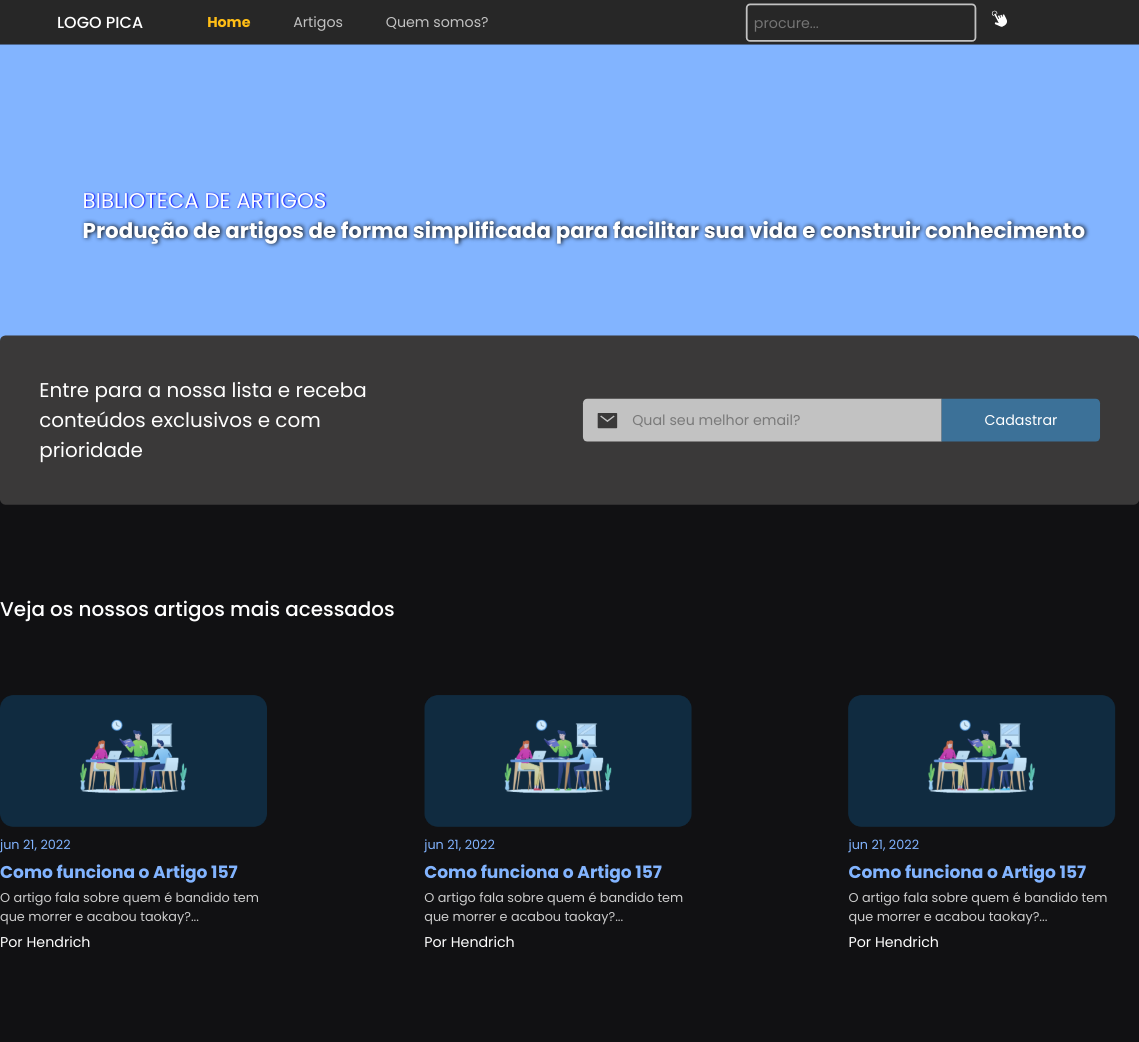
Repository: ArthurHendrich/Inepto
Page: /
These files come from the project's save history. The page is drawn as it stood at one moment and after the next save; the edit follows.
The browser window is 1280 px wide. The pictures show the whole page, at 89% of full size.
The project was rebuilt for these pictures with package versions that can differ from the ones it lists, and the page was loaded fresh each time. The framework's server and built-in components were replaced by stand-ins that run in the browser. Also part of the build but not shown: next.config.js.

Above is the page before, as saved 2022-07-06 21:23:03.

After the next save:
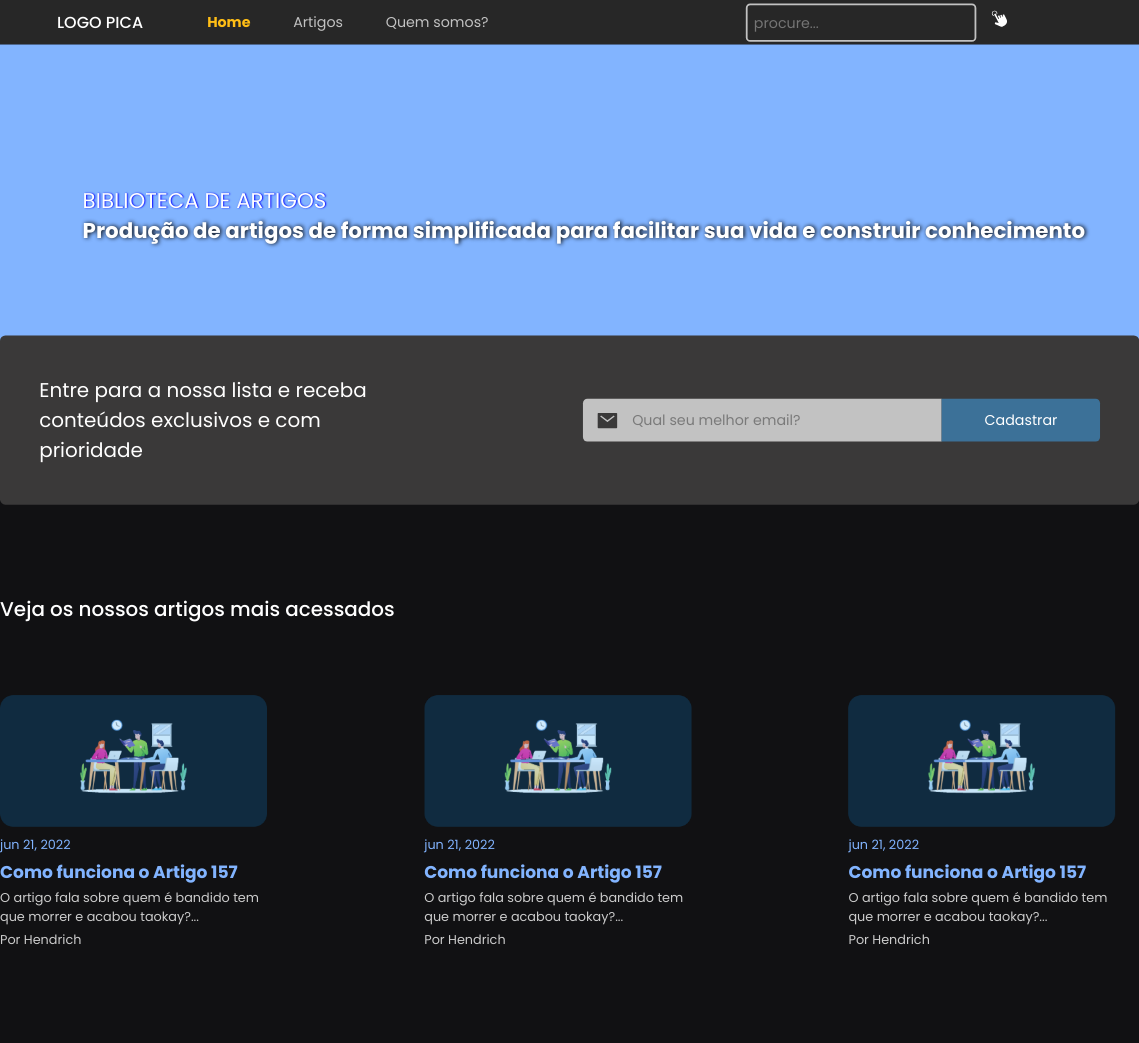
Saved 13 s later.
--- a/src/styles/home.module.scss
+++ b/src/styles/home.module.scss
@@ -151,6 +151,12 @@
         color: var(--gray-200);
         margin-bottom: 5px;
       }
+
+      span {
+        font-size: 0.9rem;
+        color: var(--gray-200);
+        margin-bottom: 5px;
+      }
     }
   }
 
